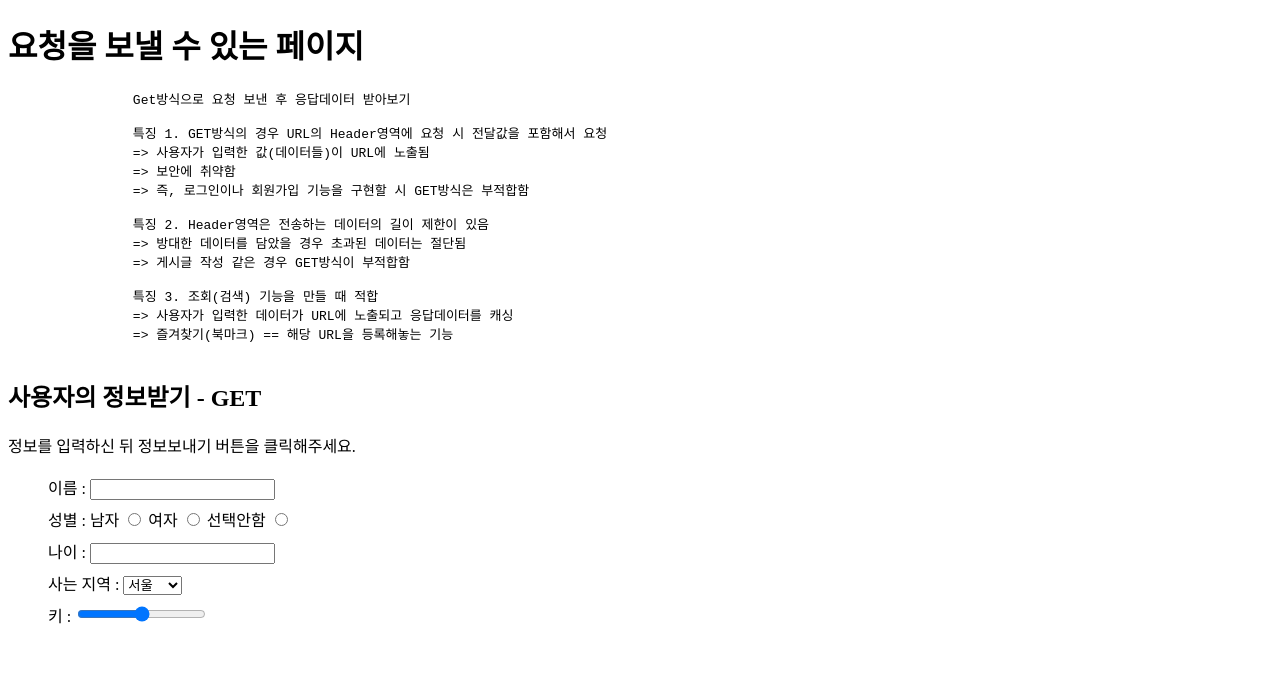
Repository: rlaehqkf/java_practice
Page: MyFirstWebProject/src/main/webapp/views/request_get.html
The author's editor kept a copy of each file at every save. The page is drawn from the files as they stood at one save, then again after the next save.
The browser window is 1280 px wide. The pictures show the whole page.

Above is the page before, as saved 2026-05-04 05:16:45.

After the next save:
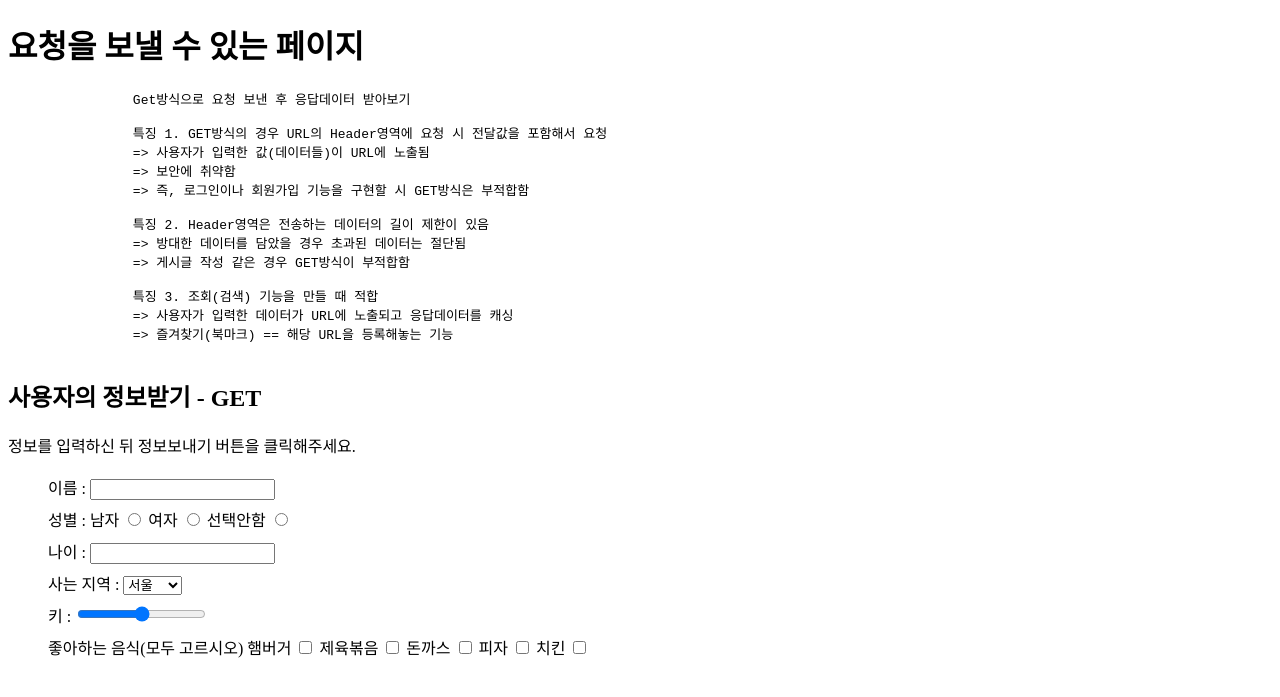
Saved 2 min 39 s later.
--- a/MyFirstWebProject/src/main/webapp/views/request_get.html
+++ b/MyFirstWebProject/src/main/webapp/views/request_get.html
@@ -63,7 +63,12 @@
 				키 : <input type="range" min="130" max="220" name="height" />
 			</li>
 			<li>
-
+				좋아하는 음식(모두 고르시오)
+				햄버거 <input type="checkbox" name="food" />
+				제육볶음 <input type="checkbox" name="food" />
+				돈까스 <input type="checkbox" name="food" />
+				피자 <input type="checkbox" name="food" />
+				치킨 <input type="checkbox" name="food" />
 			</li>
 			<li>
 
